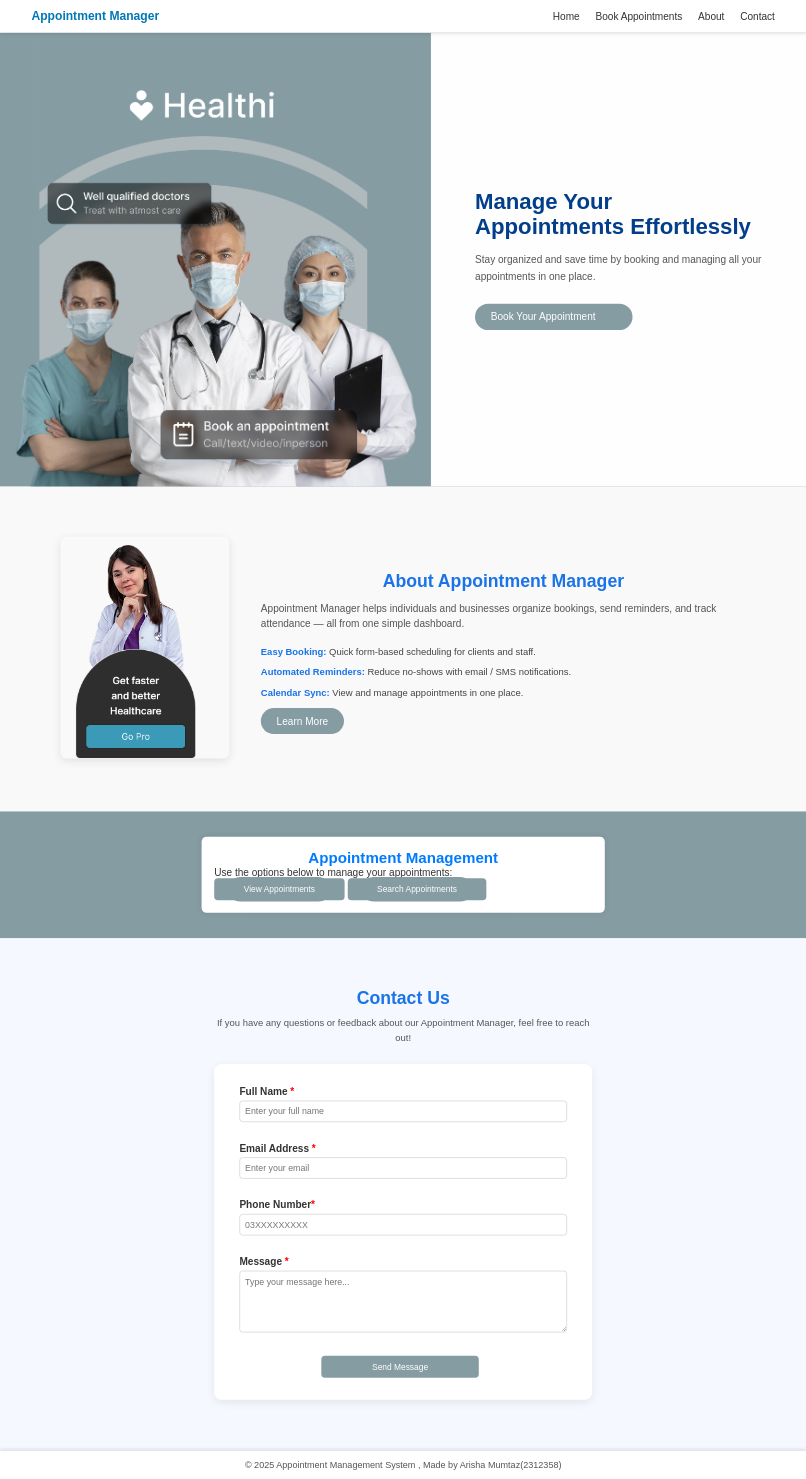
Repository: Arisha004/Hospital-Appointment-Management-System
Page: landingpage.html
The author's editor kept a copy of each file at every save. The page is drawn from the files as they stood at one save, then again after a run of saves.
The browser window is 1280 px wide. The pictures show the whole page, at 63% of full size.

Above is the page before, as saved 2025-10-24 15:34:20.

### landingpage.html
<!DOCTYPE html>
<html lang="en">
<head>
  <meta charset="UTF-8">
  <meta name="viewport" content="width=device-width, initial-scale=1.0">
  <title>Appointment Management System</title>
  <link rel="stylesheet" href="style.css">
</head>
<body>
  <header class="navbar">
    <div class="logo">Appointment Manager</div>
    <nav>
      <ul>
        <li><a href="#">Home</a></li>
        <li><a href="index.php">Book Appointments</a></li>
        <li><a href="#about">About</a></li>
        <li><a href="#contact">Contact</a></li>
      </ul>
    </nav>
  </header>


  <section class="landing">
      <div class="right"></div>
    <div class="left">
      <h1>Manage Your Appointments Effortlessly</h1>
      <p>Stay organized and save time by booking and managing all your appointments in one place.</p>
      <a href="index.php" class="btn">Book Your Appointment</a>
    </div>

  </section>
  </section>


  <section id="about" class="about">
    <div class="container about-inner">
      <div class="about-image" aria-hidden="true">

        <img src="images/pic2.png" alt="" />
      </div>
      <div class="about-content">
        <h2>About Appointment Manager</h2>
        <p>Appointment Manager helps individuals and businesses organize bookings, send reminders, and track attendance — all from one simple dashboard.</p>
        <ul class="features">
          <li><strong>Easy Booking:</strong> Quick form-based scheduling for clients and staff.</li>
          <li><strong>Automated Reminders:</strong> Reduce no-shows with email / SMS notifications.</li>
          <li><strong>Calendar Sync:</strong> View and manage appointments in one place.</li>
        </ul>
        <a href="about.html" class="btn">Learn More</a>
      </div>
    </div>
  </section>
  <section>
    <div class="container1">
      <h2>Appointment Management</h2>
      <p>Use the options below to manage your appointments:</p>
      <div class="buttons">
      <button> <a href="list.php" class="btn">View Appointments</a></button>
       <button>  <a href="searching.php" class="btn">Search Appointments</a></button>
      </div>
    </div>
  </section>

  <section id="contact" class="contact">
    <div class="container contact-inner">
      <h2>Contact Us</h2>
      <p>If you have any questions or feedback about our Appointment Manager, feel free to reach out!</p>

      <form action="insertcontactform.php" method="post" class="contact-form">
        <div class="form-group">
          <label for="name">Full Name <span>*</span></label>
          <input type="text" id="name" name="name" placeholder="Enter your full name" required pattern="[A-Za-z\s]{3,}">
        </div>

        <div class="form-group">
          <label for="email">Email Address <span>*</span></label>
          <input type="email" id="email" name="email" placeholder="Enter your email" required>
        </div>

        <div class="form-group">
          <label for="phone">Phone Number<span>*</span></label>
          <input type="tel" id="phone" name="phone" placeholder="03XXXXXXXXX" required pattern="[0-9]{11}" title="Enter 11-digit number only">
        </div>

        <div class="form-group">
          <label for="message">Message <span>*</span></label>
          <textarea id="message" name="message" rows="5" placeholder="Type your message here..." required minlength="10"></textarea>
        </div>

        <button type="submit" class="btn">Send Message</button>
      </form>
    </div>

  </section>
  <footer>
    <p>© 2025 Appointment Management System , Made by Arisha Mumtaz(2312358)</p>
  </footer>
</body>
</html>

### style.css
/* Reset and fonts */
* {
  margin: 0;
  padding: 0;
  box-sizing: border-box;
  font-family: 'Poppins', sans-serif;
}

body {
  background: #869CA3;
  color: #333;
}
/* About Section */
.about {
  background-color: #f9f9f9;
  padding: 80px 0;
}

.about-inner {
  width: 85%;
  max-width: 1100px;
  margin: 0 auto;
  display: flex;
  align-items: center;
  justify-content: space-between;
  gap: 50px;
  flex-wrap: wrap; /* makes it responsive */
}

.about-image img {
  width: 100%;
  max-width: 450px;
  border-radius: 10px;
  box-shadow: 0 4px 15px rgba(0,0,0,0.1);
}

.about-content {
  flex: 1;
  min-width: 300px;
}

.about-content h2 {
  font-size: 28px;
  color: #1a73e8;
  margin-bottom: 15px;
}

.about-content p {
  font-size: 16px;
  color: #555;
  line-height: 1.6;
  margin-bottom: 20px;
}

.features {
  list-style: none;
  padding: 0;
  margin-bottom: 25px;
}

.features li {
  margin-bottom: 10px;
  color: #444;
  font-size: 15px;
  line-height: 1.5;
}

.features strong {
  color: #1a73e8;
}


/* Contact Section */
.contact {
  background-color: #f5f9ff;
  padding: 80px 0;
}

.contact-inner {
  width: 85%;
  max-width: 600px;
  margin: 0 auto;
  text-align: center;
}

.contact h2 {
  font-size: 28px;
  color: #1a73e8;
  margin-bottom: 10px;
}

.contact p {
  color: #555;
  margin-bottom: 30px;
  font-size: 15px;
  line-height: 1.6;
}

.contact-form {
  background-color: #fff;
  padding: 35px 40px;
  border-radius: 12px;
  box-shadow: 0 4px 15px rgba(0,0,0,0.08);
  text-align: left;
}

.form-group {
  margin-bottom: 18px;
}

label {
  display: block;
  font-weight: 500;
  margin-bottom: 6px;
  color: #333;
}

label span {
  color: red;
}

input, textarea {
  width: 100%;
  padding: 10px 12px;
  border: 1px solid #ccc;
  border-radius: 6px;
  font-size: 14px;
  outline: none;
  transition: border-color 0.3s ease;
}

input:focus, textarea:focus {
  border-color: #1a73e8;
  box-shadow: 0 0 5px rgba(26,115,232,0.3);
}


.contact-form .btn {
  display: inline-block;
  background-color: #869CA3;
  color: #fff;
  padding: 10px 22px;
  border: none;
  border-radius: 6px;
  cursor: pointer;
  font-weight: 500;

  margin-left: 130px;
  transition: 0.3s;
   text-align: center;
}

.contact-form .btn:hover {
  background-color: #7498a3;
  transform: translateY(-2px);
}

/* Navbar */
.navbar {
  display: flex;
  justify-content: space-between;
  align-items: center;
  padding: 15px 50px;
  background: #fff;
  box-shadow: 0 2px 5px rgba(0,0,0,0.1);
  position: sticky;
  top: 0;
  z-index: 10;
}

.navbar .logo {
  font-weight: 700;
  font-size: 1.2rem;
  color: #0077b6;
}

.navbar ul {
  display: flex;
  list-style: none;
}

.navbar ul li a {
  text-decoration: none;
  color: #333;
  margin-left: 25px;
  transition: 0.3s;
}

.navbar ul li a:hover {
  color: #0077b6;
}

/* Split Landing Section */
.landing {
  display: flex;
  height: 100vh;
}

  .container1 { width: 50%; margin: 40px auto; background: #fff; padding: 20px; border-radius: 8px; box-shadow: 0 0 10px rgba(0,0,0,0.1); }
  h2 { text-align: center; color: #007bff; }
  label { font-weight: bold; display: block; margin-bottom: 5px; }
  input, select, textarea {
      width: 100%;
      padding: 8px;
      margin-bottom: 15px;
      border: 1px solid #ccc;
      border-radius: 5px;
  }

  button{

  display: inline-block;
  background-color: #869CA3;
  color: #fff;
  padding: 10px 22px;
  border: none;
  border-radius: 6px;
  cursor: pointer;
  font-weight: 500;

  transition: 0.3s;
   text-align: center;
}

button:hover {
  background-color: #7498a3;
  transform: translateY(-2px);
}
/* Left Text Section */
.landing .left {
  flex: 1;
  width: 50%;
  display: flex;
  flex-direction: column;
  justify-content: center;
  padding: 0 70px;
  background: #fefefe;
}

.landing .left h1 {
  font-size: 2.2rem;
  color: #023e8a;
  margin-bottom: 20px;
}

.landing .left p {
  font-size: 1rem;
  color: #555;
  margin-bottom: 30px;
  line-height: 1.6;
}

.btn {
  background: #869CA3;
  color: #fff;
  padding: 12px 25px;
  border-radius: 30px;
  text-decoration: none;
  font-weight: 300;
  transition: 0.3s;
  width: 250px;
}

.btn:hover {
  background: #7498a3;
}

/* Right Image Section */
.landing .right {
  flex: 1.5;
  background:url(images/pic1.png);
  background-repeat: no-repeat;
  background-size: cover;
  position: relative;
}

.landing .right::after {
  content: "";
  position: absolute;
  inset: 0;
}

/* Footer */
footer {
  text-align: center;
  padding: 15px;
  background: #fff;
  box-shadow: 0 -2px 5px rgba(0,0,0,0.1);
  font-size: 0.9rem;
  color: #555;
}

After the next 6 saves:
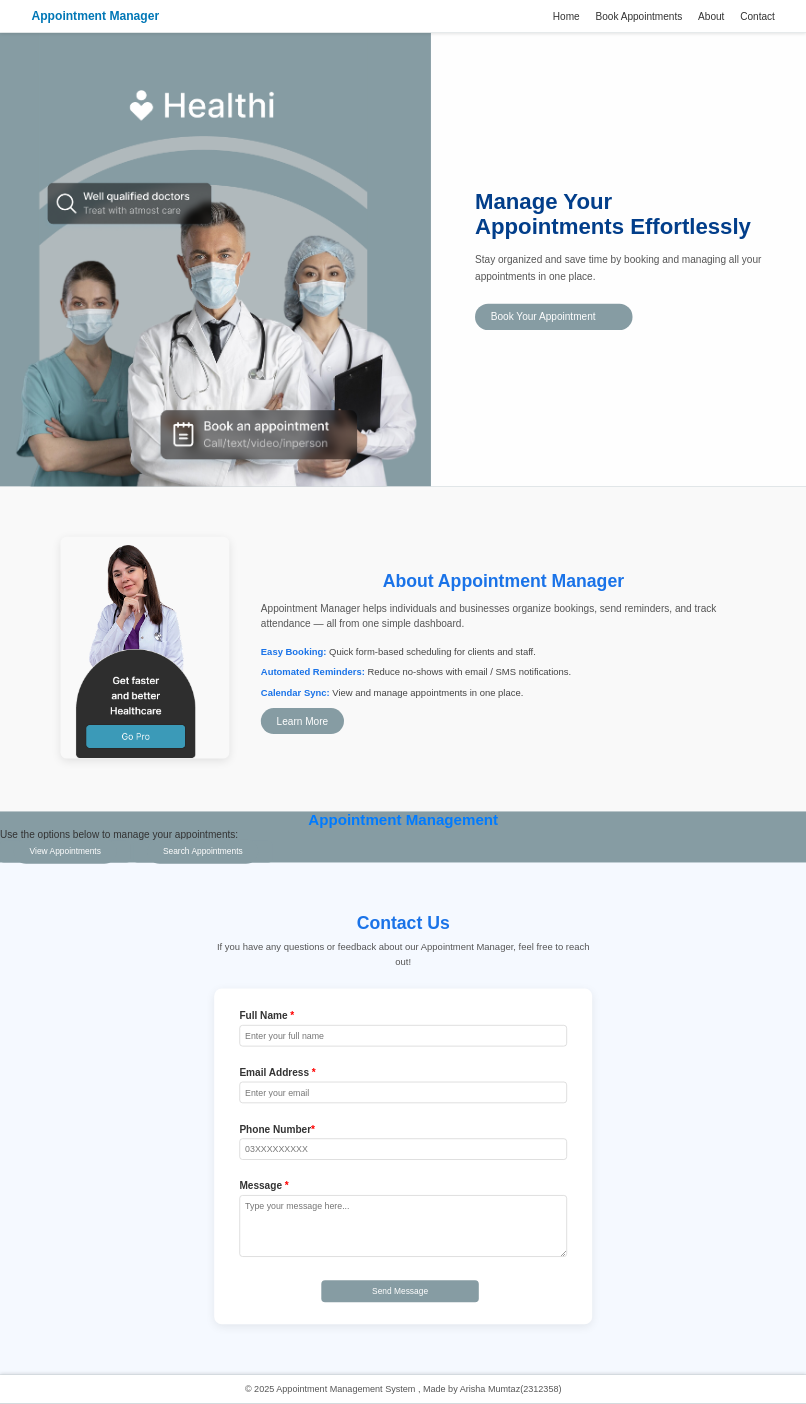
The 6 saves are shown as one change because they came seconds apart.
The last was saved 37 s later.
--- a/landingpage.html
+++ b/landingpage.html
@@ -50,8 +50,8 @@
       </div>
     </div>
   </section>
-  <section>
-    <div class="container1">
+  <section id="crudoperations">
+    <div class="crudoperations">
       <h2>Appointment Management</h2>
       <p>Use the options below to manage your appointments:</p>
       <div class="buttons">
